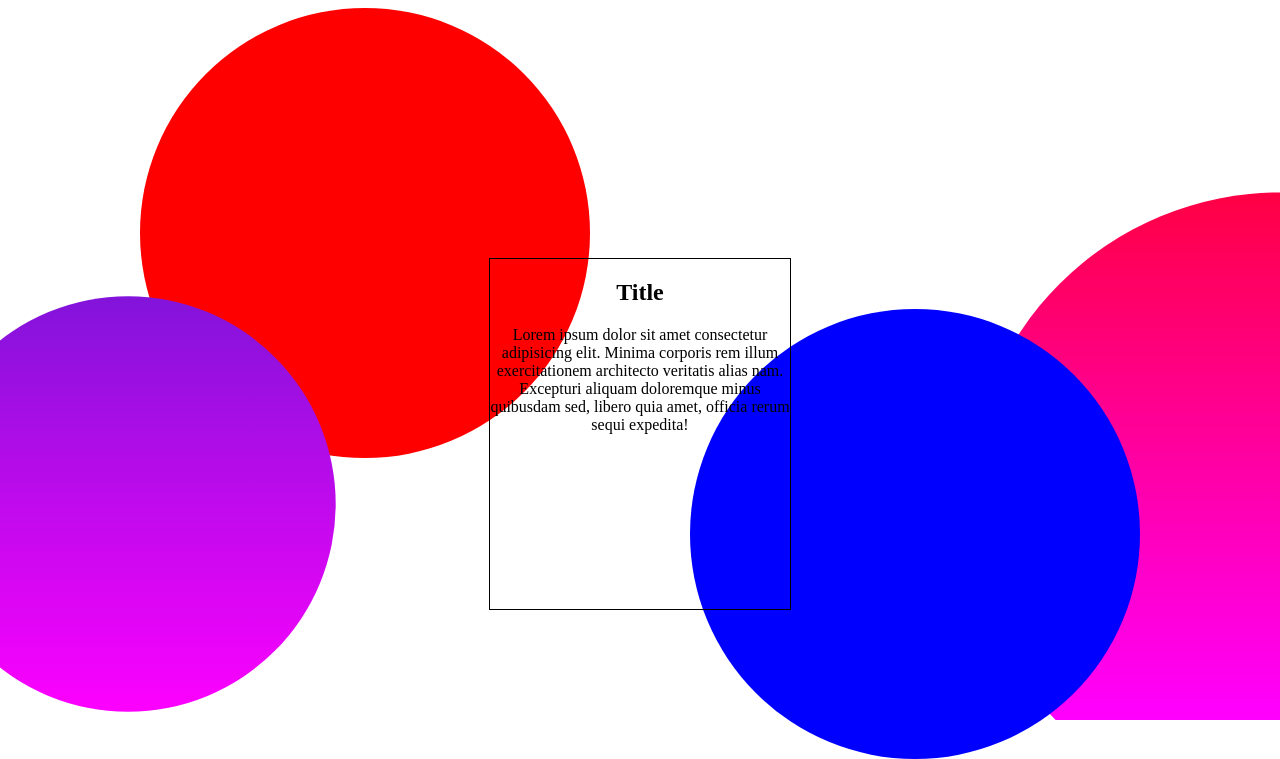
Repository: dovanluyen1996/Test-Git-PR
Page: index.html
An editor plug-in stored every save of this project. The page is shown before and after the next save, followed by the edit.
The browser window is 1280 px wide. The pictures show the whole page.

Above is the page before, as saved 2021-09-06 23:34:19.

### index.html
<!DOCTYPE html>
<html lang="en">
  <head>
    <meta charset="UTF-8" />
    <meta http-equiv="X-UA-Compatible" content="IE=edge" />
    <meta name="viewport" content="width=device-width, initial-scale=1.0" />
    <title>TestVsCode</title>
    <link rel="stylesheet" href="css/style.css" />
  </head>

  <body>
    <div class="container">
      <div class="test1"></div>
      <div class="test2"></div>

      <div class="center">
        <div class="item-center">
          <h2>Title</h2>
          <p class="text">
            Lorem ipsum dolor sit amet consectetur adipisicing elit. Minima
            corporis rem illum exercitationem architecto veritatis alias nam.
            Excepturi aliquam doloremque minus quibusdam sed, libero quia amet,
            officia rerum sequi expedita!
          </p>
        </div>
      </div>
    </div>
  </body>
</html>

### css/style.css
body {
}
body::before {
  content: "";
  position: absolute;
  top: 0;
  left: 0;
  width: 100%;
  height: 100%;
  background: linear-gradient(#f00, #f0f);
  clip-path: circle(30% at right 70%);
}
body::after {
  content: "";
  position: absolute;
  top: 0;
  left: 0;
  width: 100%;
  height: 100%;
  background: linear-gradient(rgb(44, 33, 192), #f0f);
  clip-path: circle(20% at 10% 70%);
}
.container {
  width: 1000px;
  margin: 0 auto;
  position: relative;
}
.test1 {
  width: 450px;
  height: 450px;
  background-color: red;
  border-radius: 50%;
}
.test2 {
  width: 450px;
  height: 450px;
  background-color: blue;
  border-radius: 50%;
  position: absolute;
  right: 0;
  top: 50%;
}
.item-center {
  width: 300px;
  height: 350px;
  border: 1px solid black;
  text-align: center;
  margin: 0 auto;
  position: relative;
  margin-top: -200px;
  box-shadow: ;
}

After the next save:
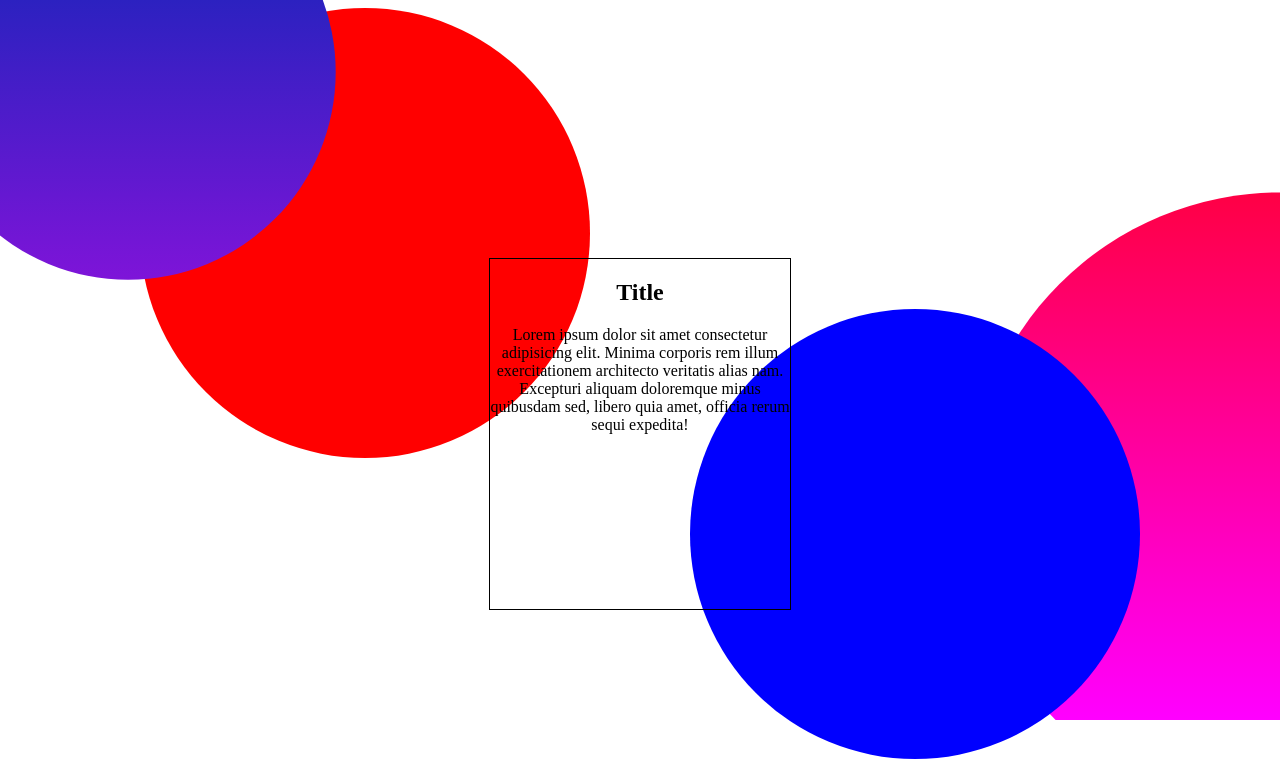
Saved 13 s later.
--- a/css/style.css
+++ b/css/style.css
@@ -18,7 +18,7 @@ body::after {
   width: 100%;
   height: 100%;
   background: linear-gradient(rgb(44, 33, 192), #f0f);
-  clip-path: circle(20% at 10% 70%);
+  clip-path: circle(20% at 10% 10%);
 }
 .container {
   width: 1000px;
